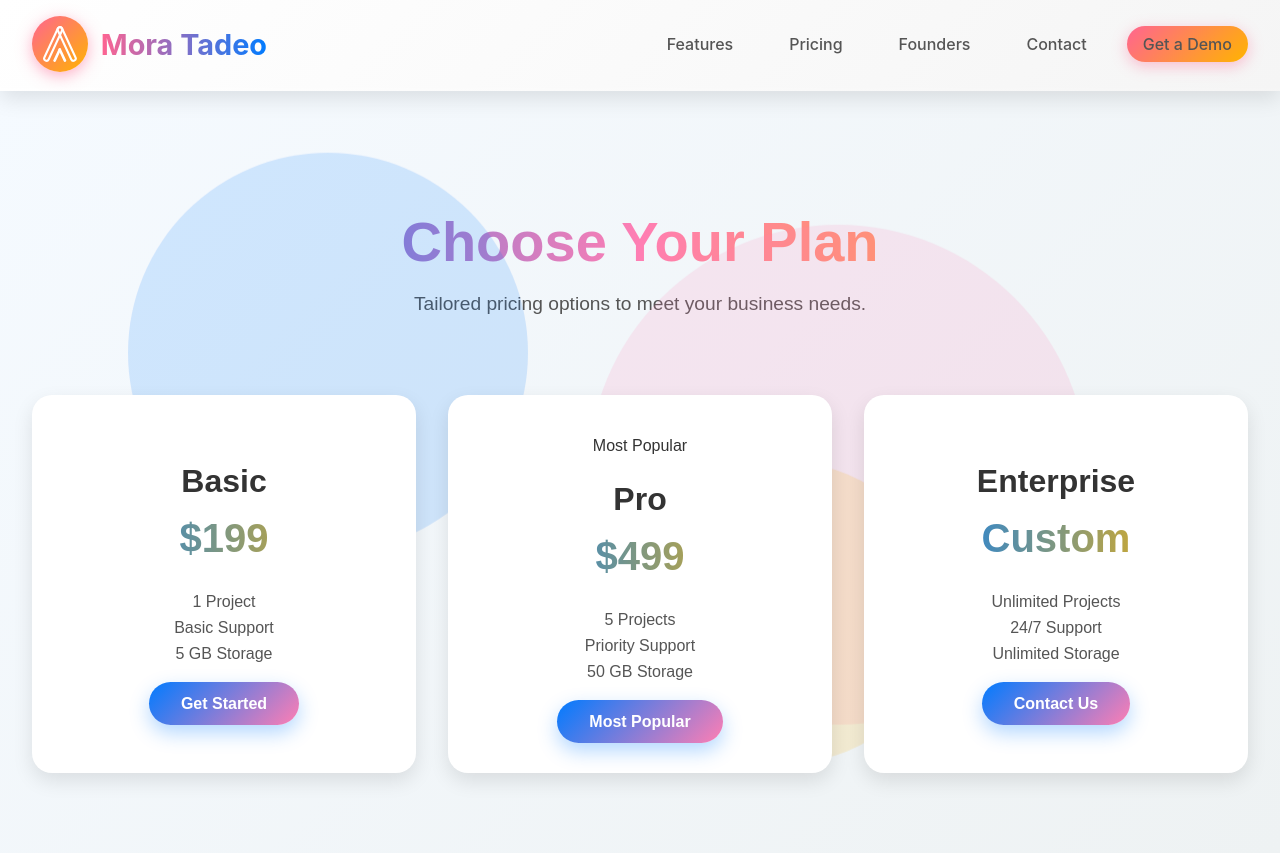
Repository: AbrahamM007/moratadeo
Page: /pricing
The author's editor kept a copy of each file at every save. The page is drawn from the files as they stood at one save, then again after a run of saves.
The browser window is 1280 px wide. The pictures show the whole page.
The project was rebuilt for these pictures with package versions that can differ from the ones it lists, and the page was loaded fresh each time. Also part of the build but not shown: src/HeroSection.css, src/HeroSection.js, src/InfoSection.css, src/InfoSection.js, src/RoadmapSection.css, src/RoadmapSection.js, src/DesignPhaseSection.js, src/HeroBanner.js and 7 more.

Above is the page before, as saved 2025-01-12 22:52:08.

After the next 6 saves:
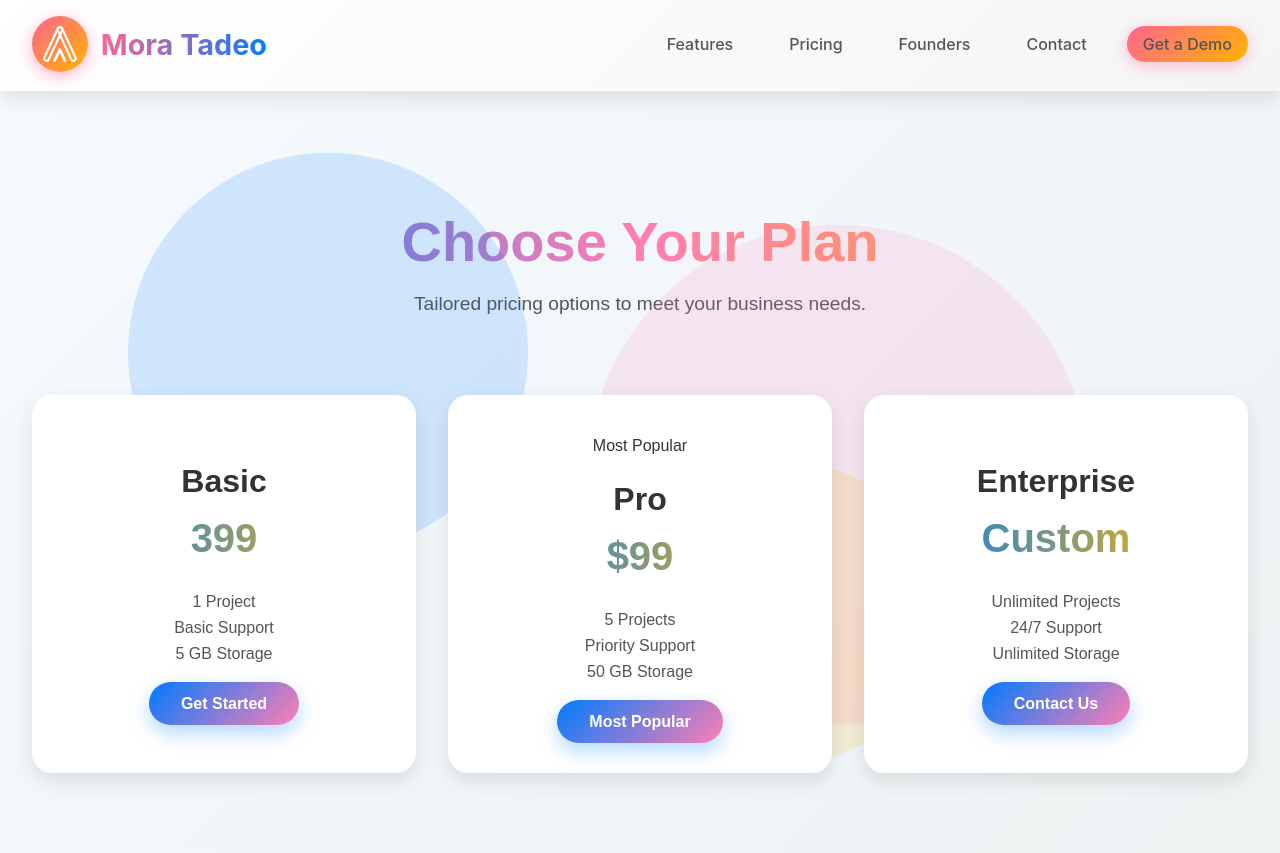
The 6 saves are shown as one change because they came seconds apart.
The last was saved 11 h 37 min later.
--- a/src/PricingPage.js
+++ b/src/PricingPage.js
@@ -4,14 +4,14 @@ import "./PricingPage.css";
 const pricingPlans = [
   {
     title: "Basic",
-    price: "$199",
+    price: "399",
     features: ["1 Project", "Basic Support", "5 GB Storage"],
     buttonText: "Get Started",
     popular: false,
   },
   {
     title: "Pro",
-    price: "$499",
+    price: "$99",
     features: ["5 Projects", "Priority Support", "50 GB Storage"],
     buttonText: "Most Popular",
     popular: true,
